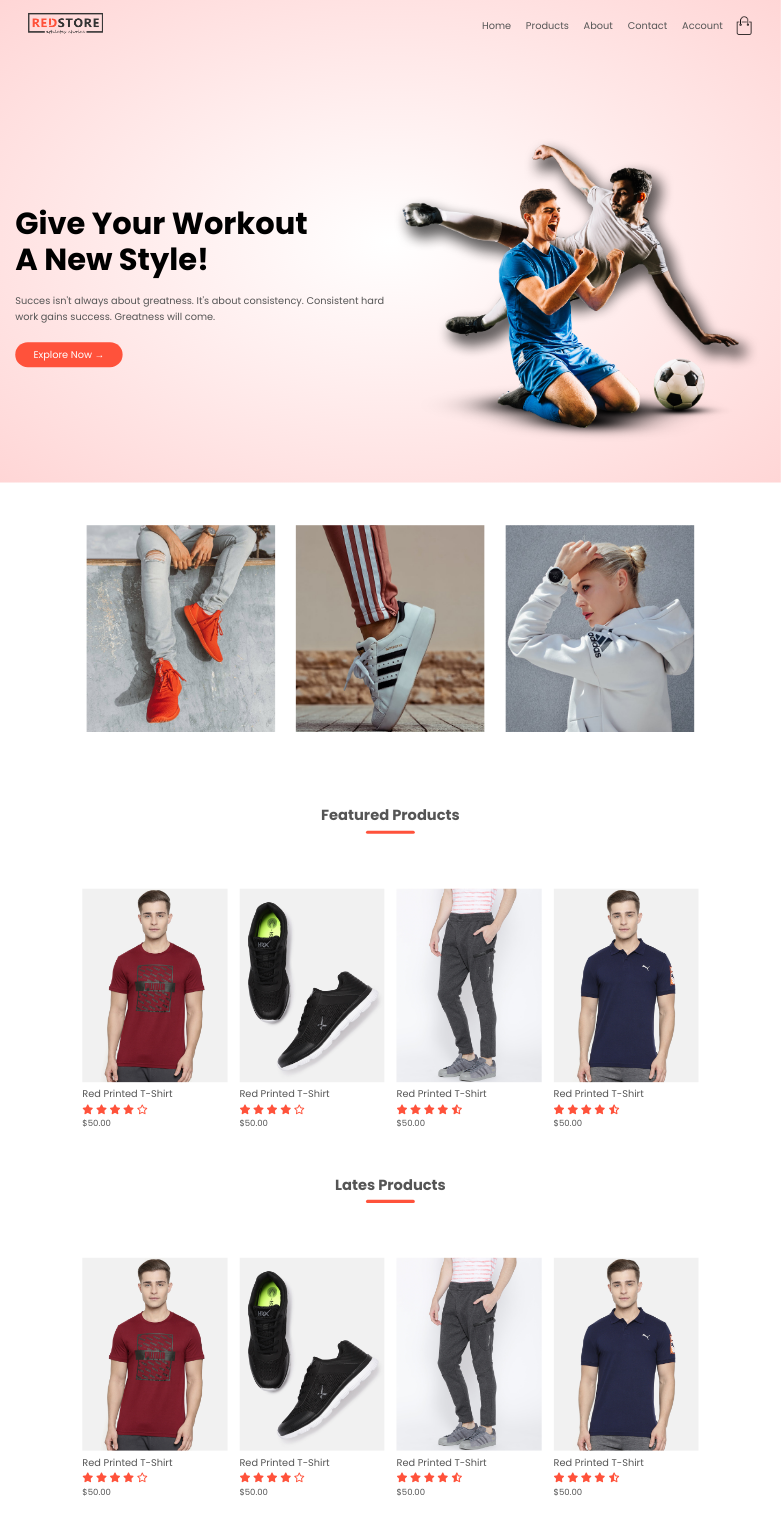
Repository: datvu1608/redsportstore
Page: index.html
The author's editor kept a copy of each file at every save. The page is drawn from the files as they stood at one save, then again after the next save.
The browser window is 1280 px wide. The pictures show the whole page, at 61% of full size.

Above is the page before, as saved 2023-11-22 23:45:47.

After the next save:
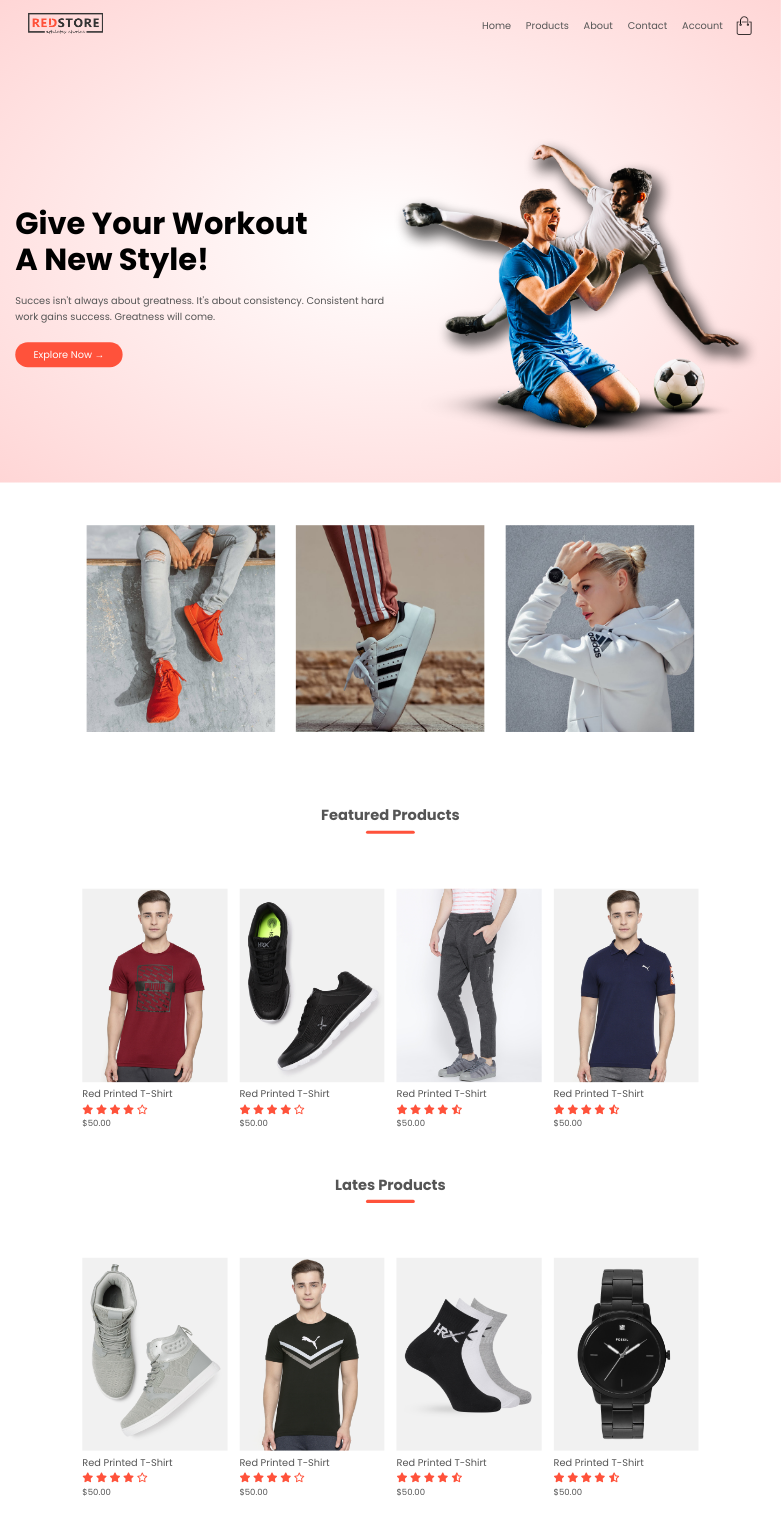
Saved 22 s later.
--- a/index.html
+++ b/index.html
@@ -134,7 +134,7 @@
       <h2 class="title">Lates Products</h2>
       <div class="row">
         <div class="col-4">
-          <img src="./images/product-1.jpg" alt="" />
+          <img src="./images/product-5.jpg" alt="" />
           <h4>Red Printed T-Shirt</h4>
           <div class="rating">
             <i class="fa-solid fa-star"></i>
@@ -146,7 +146,7 @@
           <p>$50.00</p>
         </div>
         <div class="col-4">
-          <img src="./images/product-2.jpg" alt="" />
+          <img src="./images/product-6.jpg" alt="" />
           <h4>Red Printed T-Shirt</h4>
           <div class="rating">
             <i class="fa-solid fa-star"></i>
@@ -158,7 +158,7 @@
           <p>$50.00</p>
         </div>
         <div class="col-4">
-          <img src="./images/product-3.jpg" alt="" />
+          <img src="./images/product-7.jpg" alt="" />
           <h4>Red Printed T-Shirt</h4>
           <div class="rating">
             <i class="fa-solid fa-star"></i>
@@ -170,7 +170,7 @@
           <p>$50.00</p>
         </div>
         <div class="col-4">
-          <img src="./images/product-4.jpg" alt="" />
+          <img src="./images/product-8.jpg" alt="" />
           <h4>Red Printed T-Shirt</h4>
           <div class="rating">
             <i class="fa-solid fa-star"></i>
